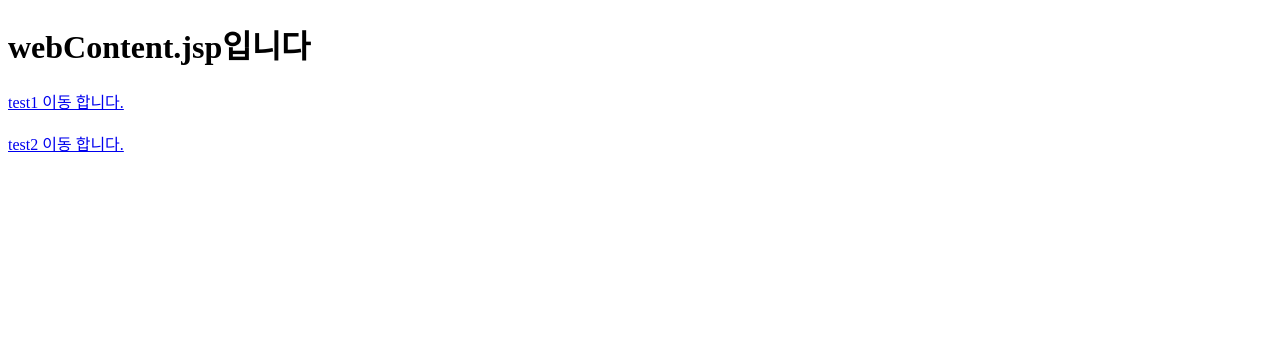
Repository: hangilyon/allJSPStudy
Page: http://localhost/jsp01/webContent.jsp
An editor plug-in stored every save of this project. The page is shown before and after the next save, followed by the edit.
The browser window is 1280 px wide. The pictures show the whole page.
The page is served by Tomcat 9.

Above is the page before, as saved 2021-10-19 08:56:29.

### jsp01/src/main/webapp/webContent.jsp
<%@ page language="java" contentType="text/html; charset=UTF-8"
    pageEncoding="UTF-8"%>
<!DOCTYPE html>
<html>
<head>
<meta charset="UTF-8">
<title>Insert title here</title>
</head>
<body>
	<h1>webContent.jsp입니다</h1>
	<a href="http://localhost:8085/jsp01/test1/test1.jsp">test1 이동 합니다.</a><br><br>
	<a href="http://localhost:8085/jsp01/test1/test2/test2.jsp">test2 이동 합니다.</a>
</body>
</html>

After the next save:
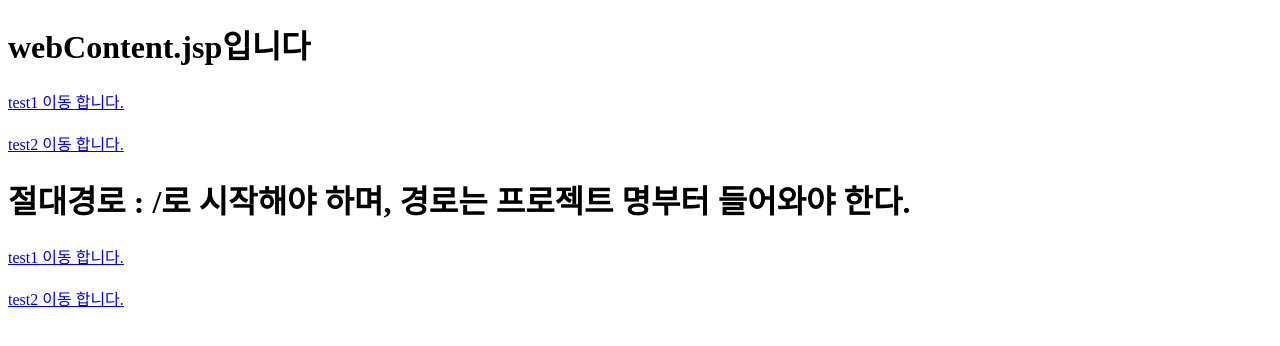
Saved 33 s later.
--- a/jsp01/src/main/webapp/webContent.jsp
+++ b/jsp01/src/main/webapp/webContent.jsp
@@ -10,5 +10,8 @@
 	<h1>webContent.jsp입니다</h1>
 	<a href="http://localhost:8085/jsp01/test1/test1.jsp">test1 이동 합니다.</a><br><br>
 	<a href="http://localhost:8085/jsp01/test1/test2/test2.jsp">test2 이동 합니다.</a>
+	<h1>절대경로 : /로 시작해야 하며, 경로는 프로젝트 명부터 들어와야 한다.</h1>
+	<a href="/jsp01/test1/test1.jsp">test1 이동 합니다.</a><br><br>
+	<a href="/jsp01/test1/test2/test2.jsp">test2 이동 합니다.</a>
 </body>
 </html>
